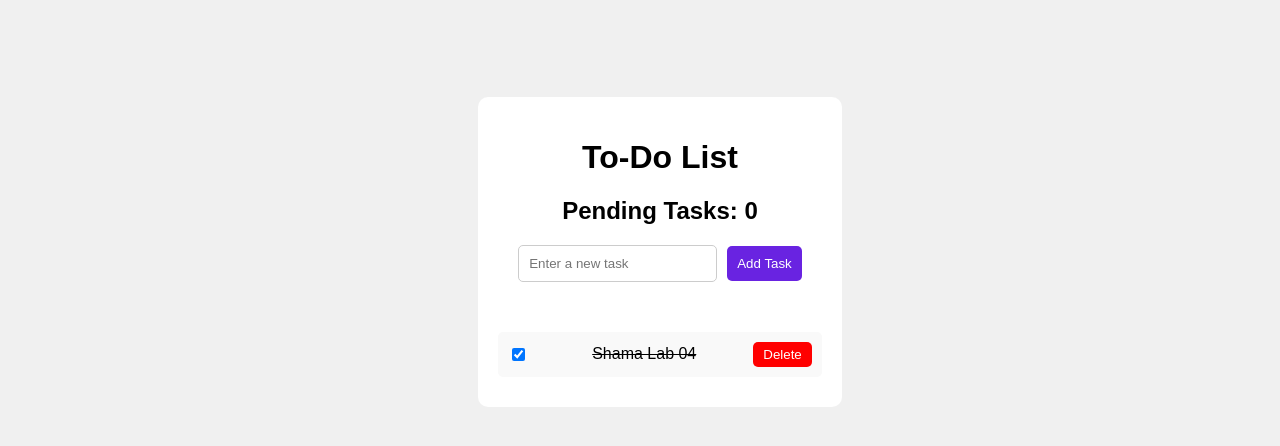
Repository: jgache/COMP-3170-0-Lab4
Page: /
An editor plug-in stored every save of this project. The page is shown before and after a run of saves, followed by the edit.
The browser window is 1280 px wide. The pictures show the whole page.
The project was rebuilt for these pictures with package versions that can differ from the ones it lists, and the page was loaded fresh each time. Also part of the build but not shown: vite.config.js.

Above is the page before, as saved 2024-10-22 16:12:02.

### index.html
<!doctype html>
<html lang="en">
  <head>
    <meta charset="UTF-8" />
    <link rel="icon" type="image/svg+xml" href="/vite.svg" />
    <meta name="viewport" content="width=device-width, initial-scale=1.0" />
    <title>Epic To-Do List</title>
  </head>
  <body>
    <div id="root"></div>
    <script type="module" src="/src/main.jsx"></script>
  </body>
</html>

### src/App.jsx
import { useState } from 'react';
import TaskForm from './components/TaskForm';
import TaskList from './components/TaskList';
import './index.css';

function App() {
    // Initialize tasks with a preloaded completed task
    const [tasks, setTasks] = useState([
        { id: 1, description: "Shama Lab 04", completed: true }
    ]);

    const addTask = (description) => {
        const newTask = { id: Date.now(), description, completed: false };
        setTasks((prevTasks) => [...prevTasks, newTask]);
    };

    const toggleComplete = (taskId) => {
        setTasks((prevTasks) =>
            prevTasks.map((task) =>
                task.id === taskId ? { ...task, completed: !task.completed } : task
            )
        );
    };

    const deleteTask = (taskId) => {
        setTasks((prevTasks) => prevTasks.filter((task) => task.id !== taskId));
    };

    const pendingTasks = tasks.filter((task) => !task.completed).length;

    return (
        <>
            <div className="app-container">
                <h1>To-Do List</h1>
                <div className="task-input-container">

                    <h2>
                        {pendingTasks === 1
                            ? `Pending Task: ${pendingTasks}`
                            : `Pending Tasks: ${pendingTasks}`}
                    </h2>
                    <TaskForm addTask={addTask} />
                </div>
                <TaskList
                    tasks={tasks}
                    toggleComplete={toggleComplete}
                    deleteTask={deleteTask}
                />
            </div>
        </>
    );
}

export default App;

### src/index.css
body {
    margin: 0;
    height: 70vh;
    display: flex;
    justify-content: center;
    align-items: center;
    font-family: Arial, sans-serif;
    background-color: #f0f0f0;
}

.app-container {
    text-align: center;
    padding: 20px;
    background-color: white;
    border-radius: 10px;
    max-width: 800px;
    width: 100%;
}

form input {
    padding: 10px;
    margin-right: 10px;
    border: 1px solid #ccc;
    border-radius: 5px;
    margin-bottom: 40px;
}

form button {
    padding: 10px;
    border: none;
    background-color: #6923e1;
    color: white;
    border-radius: 5px;
    cursor: pointer;
}

form button:hover {
    background-color: #8600b3;
}

.task {
    margin: 10px 0;
    padding: 10px;
    background-color: #f9f9f9;
    border-radius: 5px;
    display: flex;
    justify-content: space-between;
    align-items: center;
}

.task input {
    margin-right: 10px;
}

.task button {
    text-decoration: none;
    padding: 5px 10px;
    border: none;
    background-color: red;
    color: white;
    border-radius: 5px;
    cursor: pointer;
}

.task button:hover {
    background-color: darkred;
}

### src/components/TaskForm.jsx
import { useState } from 'react';


function TaskForm({ addTask }) {
    const [taskDescription, setTaskDescription] = useState('');

    const handleSubmit = (e) => {
        e.preventDefault();
        if (taskDescription.trim() === '') return;
        addTask(taskDescription);
        setTaskDescription('');
    };

    return (
        <form onSubmit={handleSubmit}>
            <input
                type="text"
                value={taskDescription}
                onChange={(e) => setTaskDescription(e.target.value)}
                placeholder="Enter a new task"
            />
            <button type="submit">Add Task</button>
        </form>
    );
}

export default TaskForm;

### src/components/TaskList.jsx
import Task from "./Task";

function TaskList({ tasks, toggleComplete, deleteTask }) {
    return (
        <div className="task-list">
            {tasks.map((task) => (
                <Task
                    key={task.id}
                    task={task}
                    toggleComplete={toggleComplete}
                    deleteTask={deleteTask}
                />
            ))}
        </div>
    );
}

export default TaskList;

### src/components/Task.jsx
function Task({ task, toggleComplete, deleteTask }) {
    return (
        <div className="task">
            <input
                type="checkbox"
                checked={task.completed}
                onChange={() => toggleComplete(task.id)}
            />
            <span style={{ textDecoration: task.completed ? 'line-through' : 'none' }}>
                {task.description}
            </span>
            <button onClick={() => deleteTask(task.id)}>Delete</button>
        </div>
    );
}

export default Task;

Loaded but not shown: src/main.jsx (common file)

After the next 2 saves:
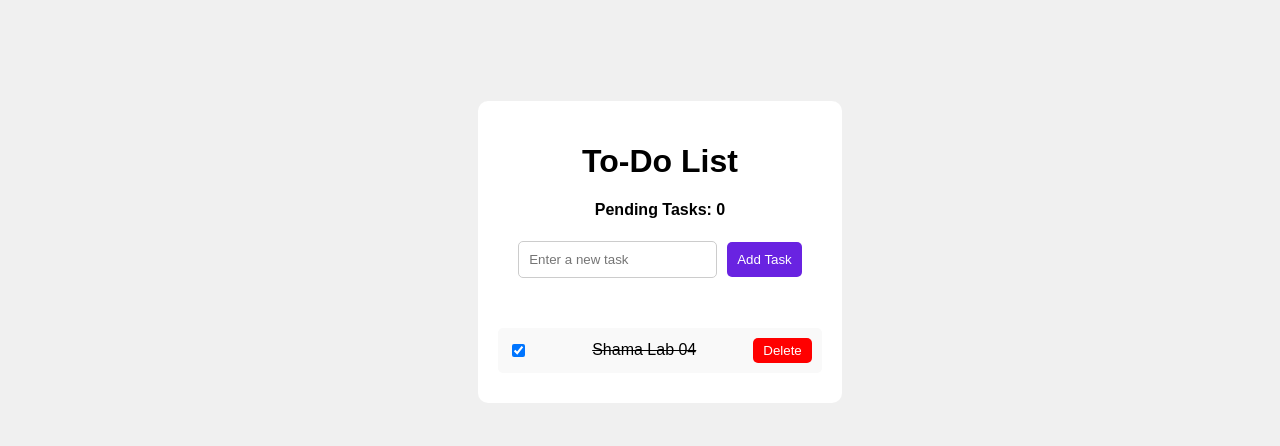
The 2 saves are shown as one change because they came seconds apart.
The last was saved 71 s later.
--- a/src/App.jsx
+++ b/src/App.jsx
@@ -34,11 +34,11 @@ function App() {
                 <h1>To-Do List</h1>
                 <div className="task-input-container">
 
-                    <h2>
+                    <h4>
                         {pendingTasks === 1
                             ? `Pending Task: ${pendingTasks}`
                             : `Pending Tasks: ${pendingTasks}`}
-                    </h2>
+                    </h4>
                     <TaskForm addTask={addTask} />
                 </div>
                 <TaskList
